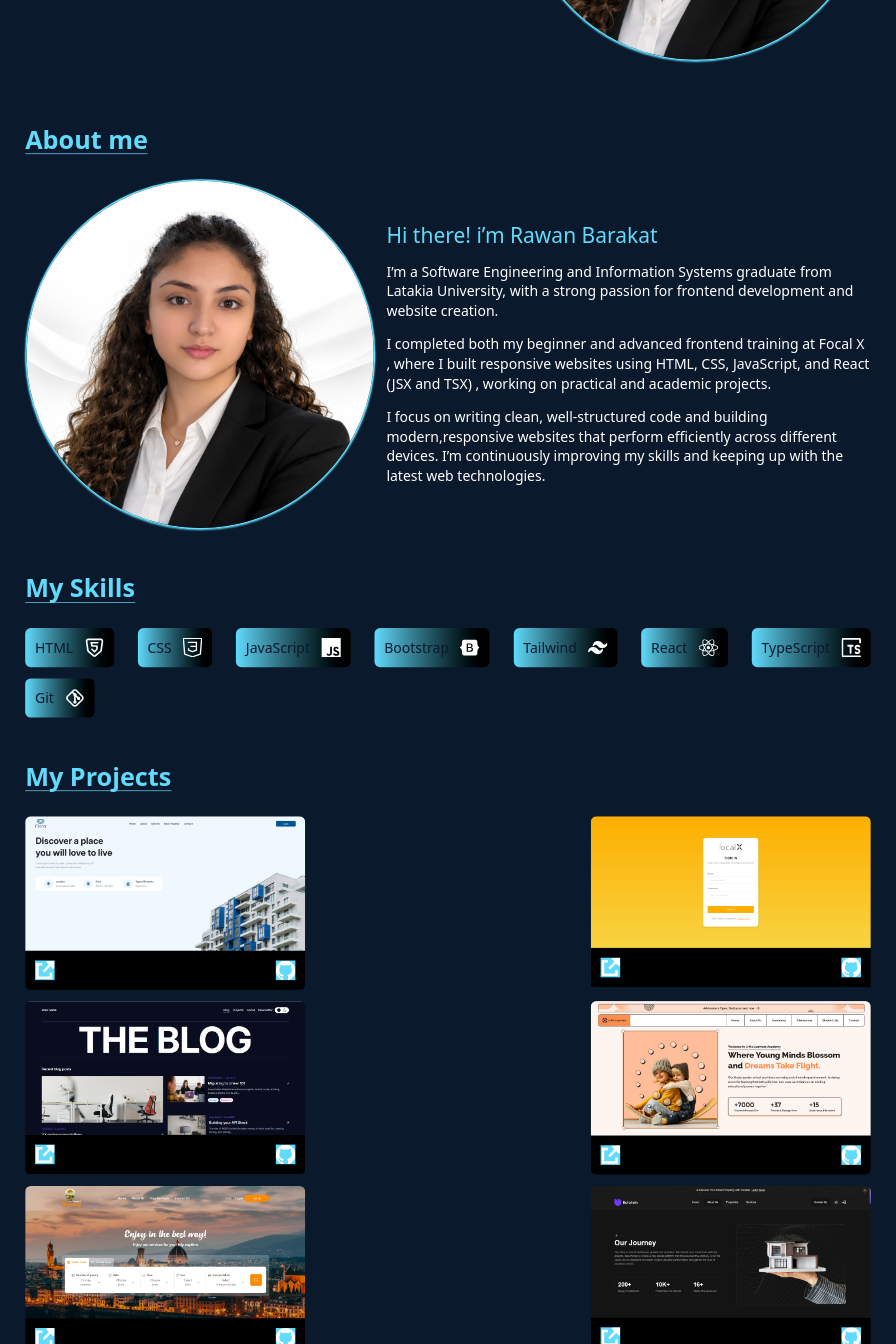
Repository: RawanBarakat-hub/portfolio
Page: /
An editor plug-in stored every save of this project. The page is shown before and after the next save, followed by the edit.
The browser window is 1280 px wide. The pictures show the part of the page from y = 573 to 2493 px (the page is 3679 px tall), at 70% of full size.
The project was rebuilt for these pictures with package versions that can differ from the ones it lists, and the page was loaded fresh each time. Also part of the build but not shown: vite.config.ts.

Above is the page before, as saved 2026-02-22 22:04:40.

After the next save:
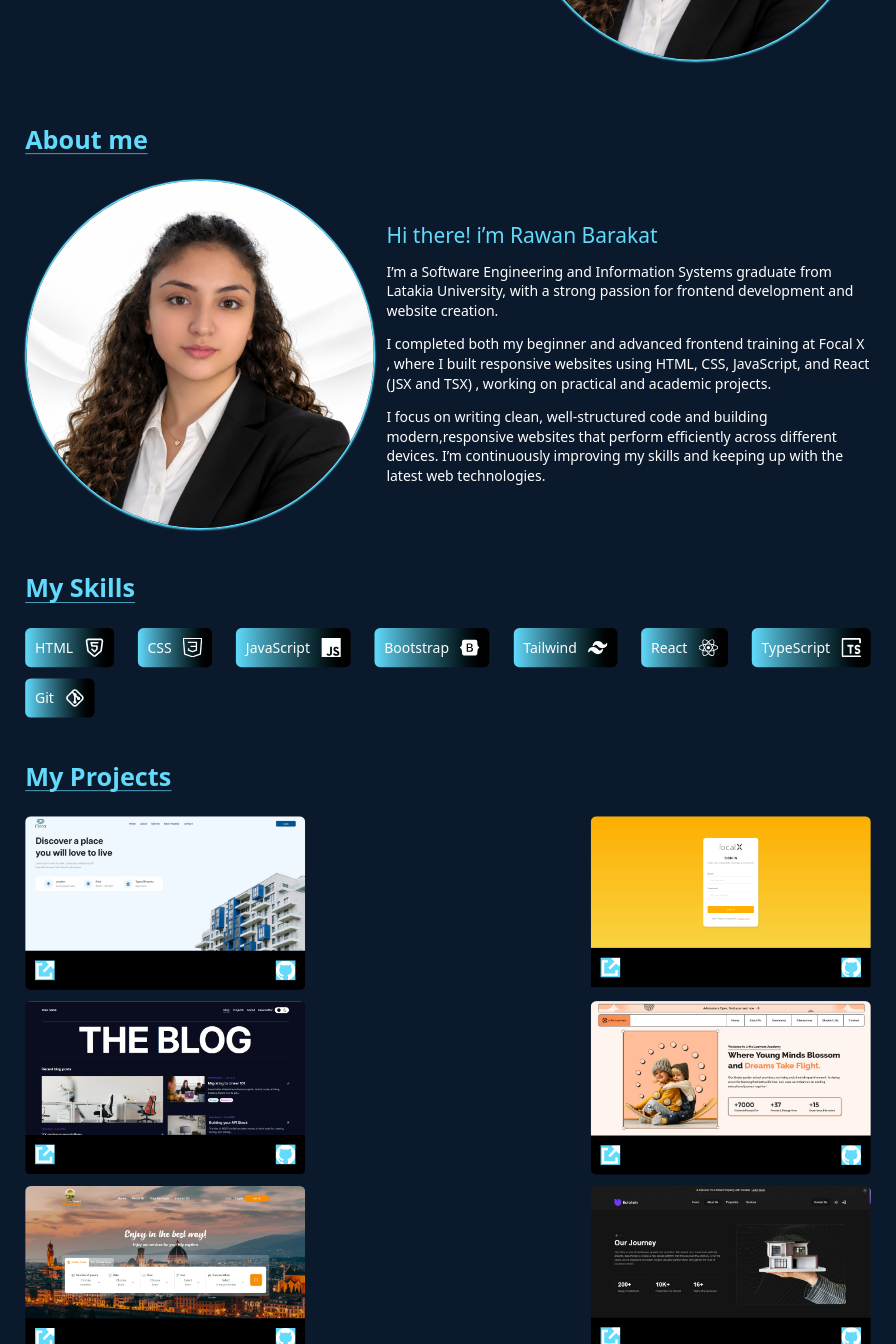
Saved 36 s later.
--- a/src/components/Icon.tsx
+++ b/src/components/Icon.tsx
@@ -2,7 +2,7 @@ import type { LinkProps } from '../interfaces'
 
 const Icon = ({url,text,image}:LinkProps) => {
     return (
-        <a  target="_blank" className={`${text?"bg-linear-to-r from-primary-color to-black font-medium text-xl text-background-color p-3.5 rounded-lg w-fit flex items-center gap-4   hover:scale-120":
+        <a  target="_blank" className={`${text?"bg-linear-to-r from-primary-color to-black font-medium text-xl text-white p-3.5 rounded-lg w-fit flex items-center gap-4   hover:scale-120":
                 "bg-primary-color hover:bg-hover-color"}
                 transition-all `} href={url}>{text&&
                 <span>{text}</span>
